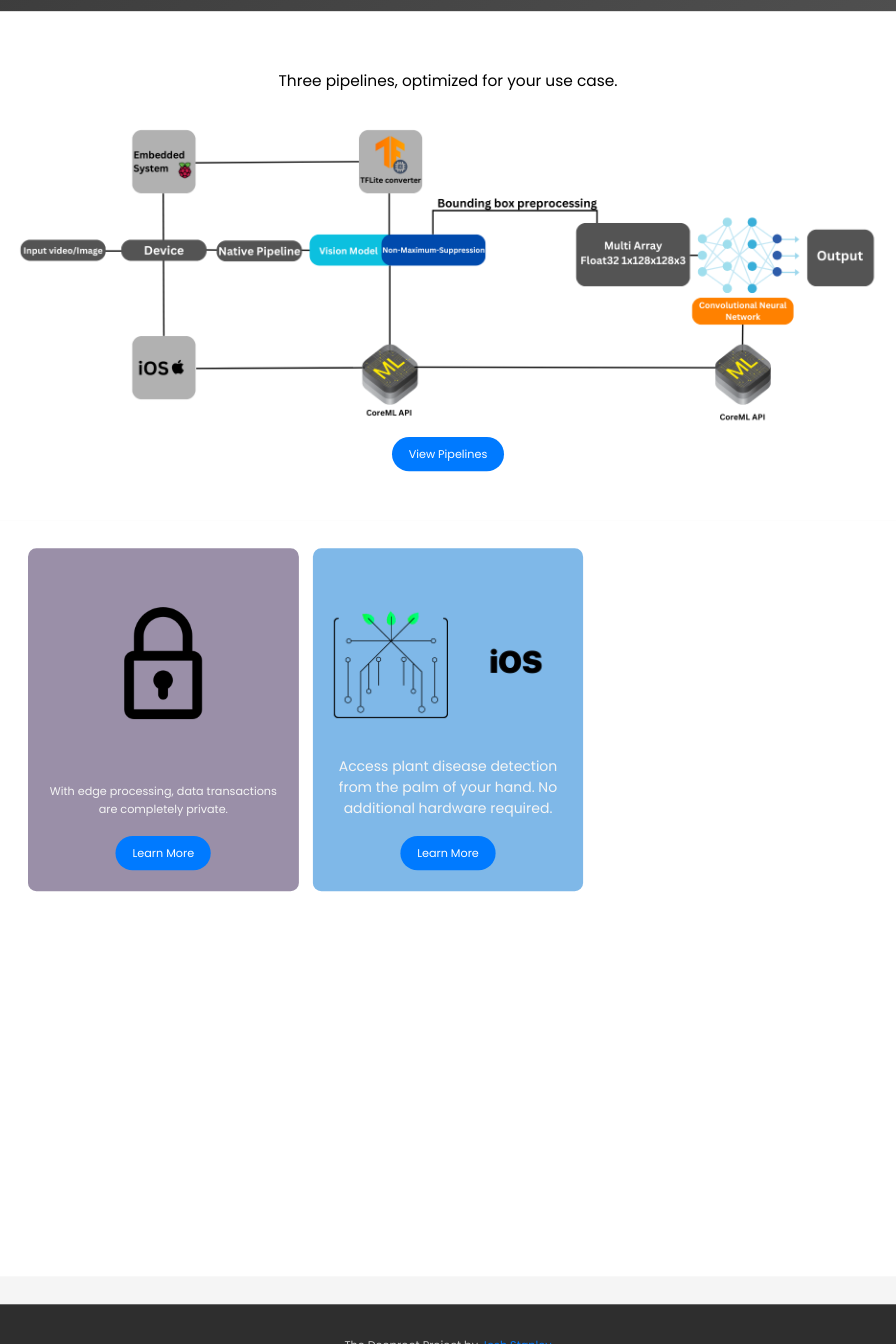
Repository: jss1118/The-Deeproot-Project
Page: Website/index.html
An editor plug-in stored every save of this project. The page is shown before and after the next save, followed by the edit.
The browser window is 1280 px wide. The pictures show the part of the page from y = 1165 to 3085 px (the page is 3212 px tall), at 70% of full size.

Above is the page before, as saved 2025-03-21 13:36:33.

### Website/index.html
<!DOCTYPE html>
<html lang="en">

<head>
  <meta charset="UTF-8">
  <meta name="viewport" content="width=device-width, initial-scale=1.0">
  <title>Deeproot A.I</title>
  <link href="https://fonts.googleapis.com/css2?family=Poppins:wght@400;600&display=swap" rel="stylesheet">
  <style>
    body {
      margin: 0;
      font-family: 'Poppins', sans-serif;
      overflow-x: hidden;
      background-color: #f5f5f5;
    }

    nav {
      background: rgba(22, 22, 22, 0.9);
      position: sticky;
      top: 0;
      width: 100%;
      z-index: 1000;
      display: flex;
      justify-content: center;
    }

    .navlinks {
      list-style: none;
      display: flex;
      gap: 30px;
      padding: 15px;
      margin: 0;
    }

    .navlink, .navicon svg {
      color: #d3d3d3;
      text-decoration: none;
      transition: color 0.3s;
    }

    .navlink:hover, .mainpagelink a:hover {
      color: white;
    }

    .mainpage2, .mainpage3, .mainpage4 {
      padding: 60px 20px;
      text-align: center;
    }

    .mainpage2 {
      background: linear-gradient(135deg, #2e2e2e, #4f4f4f);
      color: white;
    }

    .mainpage2 img, .mainpage3 img, .promo1 img {
      max-width: 100%;
      height: auto;

    }

    .mp2-title1 {
      font-size: 56px;
      font-weight: 600;
      margin-bottom: 15px;
    }

    .mp2-desc, .mp3desc {
      font-size: 22px;
      margin-bottom: 25px;
    }

    .mainpagelink a {
      display: inline-block;
      margin: 10px;
      padding: 12px 24px;
      background: #007aff;
      color: white;
      border-radius: 25px;
      text-decoration: none;
      transition: background 0.3s;
    }

    .mainpage3 {
      background: white;
    }

    .mainpage3 img {
      margin-top: 20px;
      border-radius: 12px;
    }

    .mainpage4 {
      display: grid;
      grid-template-columns: repeat(auto-fit, minmax(300px, 1fr));
      gap: 20px;
      background-color: white;
      padding: 40px;
    }

    .promo1, .promo2, .promo3, .promo4, .promo5, .promo6 {
      background-size: cover;
      background-position: center;
      height: 450px;
      display: flex;
      flex-direction: column;
      justify-content: flex-end;
      padding: 20px;
      color: white;
      border-radius: 12px;
      position: relative;
    }

    .promo1 img, .promo2 img, .promo3 img, .promo4 img, .promo5 img, .promo6 img {
      margin-bottom: 10px;
    }

    .promo1 {
      background-color: #9a8fa8;
      color: #f5f5f5;
    }
    .promo2 {
      background-color: #7fb8e8;
      color: #f5f5f5;
      background-size: cover;
      background-position: center;
      height: 450px;
      display: flex;
      flex-direction: column;
      justify-content: flex-end;
      padding: 20px;
      border-radius: 12px;
      position: relative;
    }
    .promo2 p {
      font-size: 20px;
      margin-bottom: 15px;
    }


    .promo1 img {
      width: 160px;
      height: auto;
      margin: 0 auto 15px auto;
      display: block;
      background: none;
      position: relative;
      bottom: 60px;
    }

    .promo2 img {
      width: 360px;
      height: 400px;
      margin: 0 auto 15px auto;
      display: block;
      border-radius: 10px;

      position: relative;
      top: 80px;
    }

    footer {
      background-color: #2e2e2e;
      color: #ccc;
      text-align: center;
      padding: 30px 20px;
      margin-top: 40px;
    }

    footer a {
      color: #007aff;
      text-decoration: underline;
    }

    @media (max-width: 768px) {
      .mp2-title1 { font-size: 40px; }
      .mp2-desc, .mp3desc { font-size: 18px; }
      .mainpagelink a { padding: 10px 20px; }
    }
  </style>
</head>

<body>
  <nav>
    <ul class="navlinks">
      <li><a class="navlink" href="/">iOS</a></li>
      <li><a class="navlink" href="/applestore">Raspberry Pi 5</a></li>
      <li><a class="navlink" href="/">Native</a></li>
      <li><a class="navlink" href="/">State-of-the-art Models</a></li>
      <li><a class="navlink" href="/">Developers</a></li>
    </ul>
  </nav>

  <section class="mainpage2">
    <h1 class="mp2-title1">Deeproot</h1>
    <p class="mp2-desc">Portable. Fast. Secure.</p>
    <p class="mp2-desc">The all-in-one automated solution for early plant disease detection.</p>
    <div class="mainpagelink"><a href="#">Learn More</a></div>
    <img src="wide logo.png" alt="Deeproot Logo">
  </section>

  <section class="mainpage3">
    <p class="mp3desc">Three pipelines, optimized for your use case.</p>
    <img src="newgraph.png" alt="Machine Learning Pipelines">
    <div class="mainpagelink"><a href="#">View Pipelines</a></div>
  </section>

  <section class="mainpage4">
    <div class="promo1">
      <img src="lock.fill.png" alt="Promo icon">
      <p>With edge processing, data transactions are completely private. </p>
      <div class="mainpagelink"><a href="#">Learn More</a></div>
    </div>
    <div class="promo2">
      <img src="deeprootios.png" alt="ios icon">
      <p>Access plant disease detection from the palm of your hand. No additional hardware required.</p>
      <div class="mainpagelink"><a href="#">Learn More</a></div>
    </div>



    <div class="promo3"></div>
    <div class="promo4"></div>
    <div class="promo5"></div>
    <div class="promo6"></div>
  </section>

  <footer>
    <p>The Deeproot Project by <a href="https://github.com/iamreiyn">Josh Stanley</a></p>
    <p>Deeproot started by Josh Stanley as an 8th grade science project and grew into a full application, helping farmers detect plant diseases early. It combines deep learning and computer vision to protect crops in a cost-effective and automated way.</p>
  </footer>
</body>
</html>

After the next save:
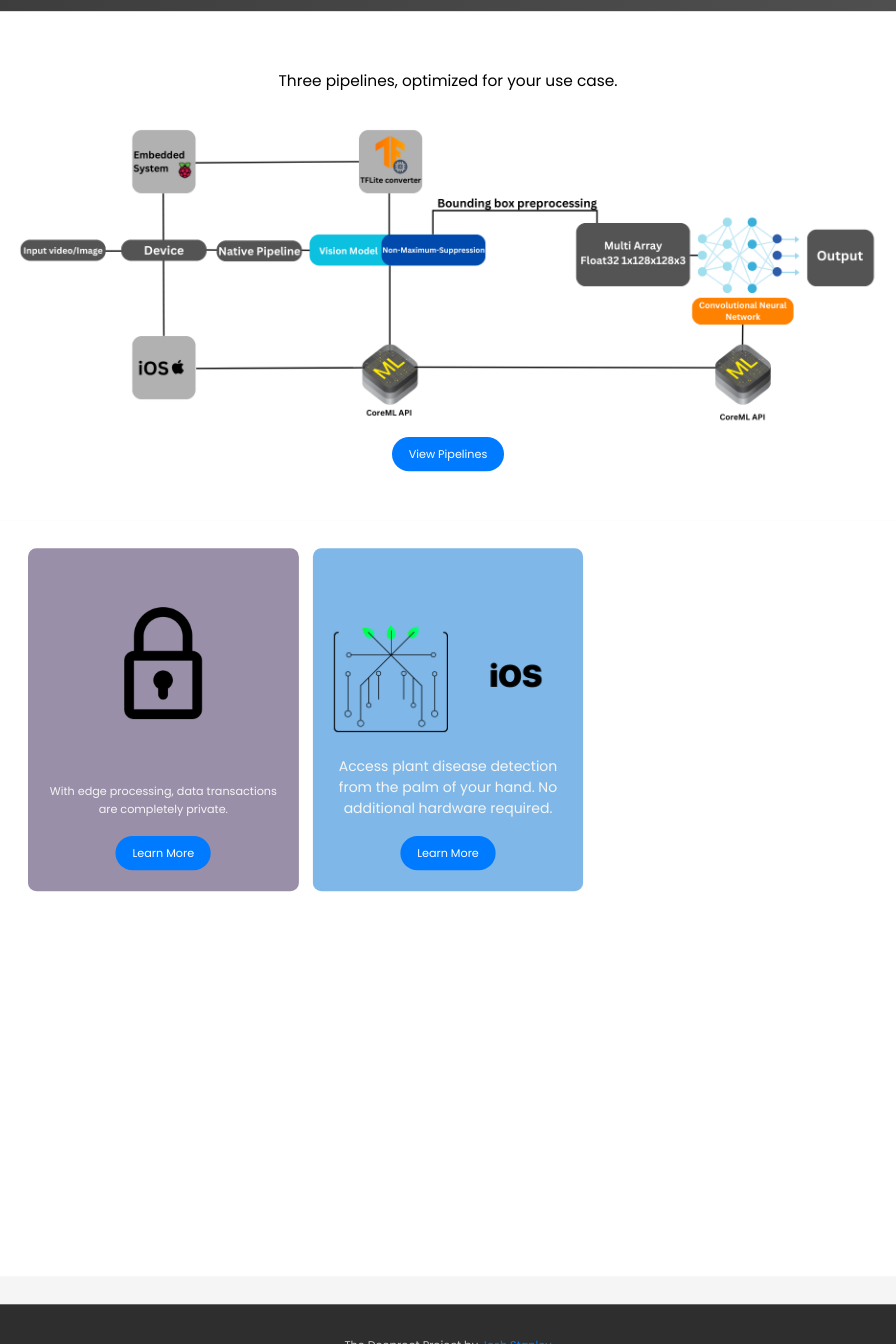
Saved 4 s later.
--- a/Website/index.html
+++ b/Website/index.html
@@ -155,7 +155,7 @@
       border-radius: 10px;
 
       position: relative;
-      top: 80px;
+      top: 100px;
     }
 
     footer {
